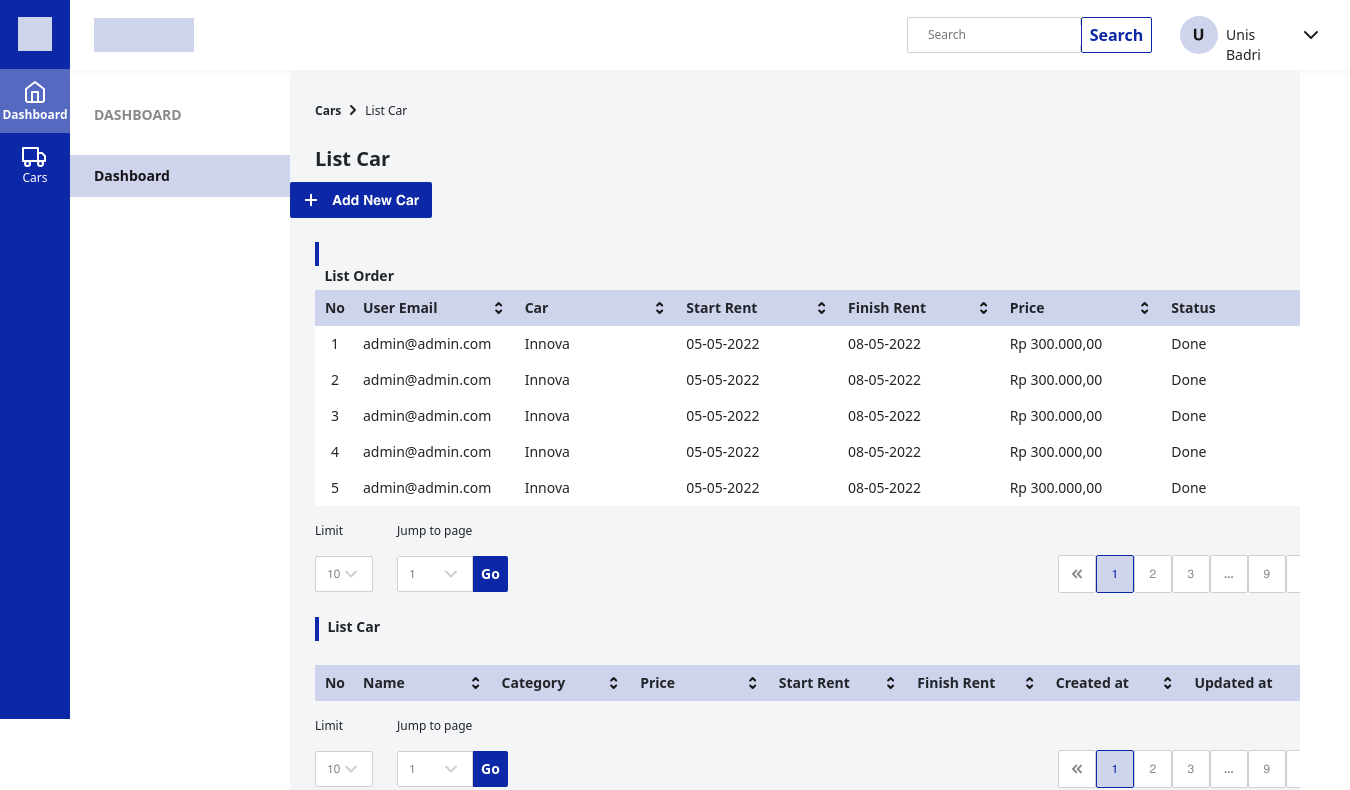
Repository: farrelmuhammad/challenge-7-binar
Page: /carlist
An editor plug-in stored every save of this project. The page is shown before and after the next save, followed by the edit.
The browser window is 1280 px wide. The page is 1350 px wide, so the pictures cover 1350 px, including what lies to the right of the window. The pictures show the whole page.
The project was rebuilt for these pictures with package versions that can differ from the ones it lists, and the page was loaded fresh each time. Also part of the build but not shown: src/component/navbar.js, src/component/header.js, src/component/footer.js, src/App.js, src/component/admin/Dashboard/index.jsx, src/pages/admin/Dashboard.js, src/component/searchForm.js, src/pages/cars.js.

Above is the page before, as saved 2022-05-27 19:28:35.

### src/index.css
body {
  font-family: Helvetica Neue, Helvetica, Arial, sans-serif;
  font-style: normal;
  font-weight: normal;
  font-size: 14px;
  line-height: 20px;
  margin: 0;
  padding: 0;
}

h1,
h2,
h3,
h4,
h5 {
  line-height: 150%;
}

.header{
  background-color: #F1F3FF;
}

.footer i {
  color: #0D28A6;
  font-size: x-large;
}

.bg-darkblue{
  background-color: #0D28A6;
}

.logo {
  background-color: #0D28A6;
  width: 100px;
  height: 34px;
}

code {
  font-family: source-code-pro, Menlo, Monaco, Consolas, 'Courier New',
    monospace;
}

.card-cari {
  width: 1047px;
  /* height: 106px; */
  margin-top: -50px;
  z-index: 2;
}
.button-cari {
  width: 92px !important;
  margin-top: 30px;
  height: 36px;
}
.activeCari {
  height: 100%;
  width: 0;
  position: fixed;
  z-index: 2;
  top: 0;
  left: 0;
  background-color: rgba(0, 0, 0, 0.5);
  overflow-x: hidden;
  transition: 0.5s;
  padding-top: 34px;
}

### src/component/admin/Navbar.jsx
import { Link } from 'react-router-dom';
import './Navbar.css';

const Navbar = () => {
  return (
    <header>
      {/* navbar top */}
      <div className="nav-top navbar">
        <div className="logo"></div>
        <span
          className="icon-menu iconify"
          data-icon="charm:menu-hamburger"
          data-width="24"
        ></span>
        <form className="nav-search d-flex">
          <div className="box-search">
            <span
              className="iconify"
              data-icon="akar-icons:search"
              data-width="18"
            ></span>
            <input type="search" placeholder="Search" />
          </div>
          <button className="button-search" type="submit">
            Search
          </button>
        </form>
        <div className="profile">
          <img src="img/profile.svg" alt="profile" />
          <p>Unis Badri</p>
          <img className="dropdown" src="img/dropdown.svg" alt="dropdown" />
        </div>
      </div>

      {/* navbar side */}
      <div className="nav-side">
        <div className="nav-blue">
          <div className="square"></div>
          <div className="frame-menu">
            <div className="dash-img" id="active">
              <a href="/dashboard">
                <img src="/img/dashboard.svg" alt="dashboard" />
              </a>
              <a href="/dashboard">Dashboard</a>
            </div>
            <div className="dash-img">
              <Link to="/carlist">
              <a>
                <img src="/img/cars.svg" alt="cars" />
                Cars
              </a>
              </Link>
            </div>
          </div>
        </div>
        <div className="nav-white">
          <div className="title-menu">
            <h1>DASHBOARD</h1>
          </div>
          <div className="list-menu">
            <h1>Dashboard</h1>
          </div>
        </div>
      </div>
    </header>
  );
};

export default Navbar;

### src/component/admin/Cars/index.jsx

import "./Content.css";

const CarsListContent= () => {
  const dataOrder = [
    {
      id: "1",
      email: "admin@admin.com",
      car: "Innova",
      start: "05-05-2022",
      finish: "08-05-2022",
      price: "Rp 300.000,00",
      status: "Done",
    },
    {
      id: "2",
      email: "admin@admin.com",
      car: "Innova",
      start: "05-05-2022",
      finish: "08-05-2022",
      price: "Rp 300.000,00",
      status: "Done",
    },
    {
      id: "3",
      email: "admin@admin.com",
      car: "Innova",
      start: "05-05-2022",
      finish: "08-05-2022",
      price: "Rp 300.000,00",
      status: "Done",
    },
    {
      id: "4",
      email: "admin@admin.com",
      car: "Innova",
      start: "05-05-2022",
      finish: "08-05-2022",
      price: "Rp 300.000,00",
      status: "Done",
    },
    {
      id: "5",
      email: "admin@admin.com",
      car: "Innova",
      start: "05-05-2022",
      finish: "08-05-2022",
      price: "Rp 300.000,00",
      status: "Done",
    },
  ];


  return (
    <>
      <div className="content">
        <div className="breadcrumb">
          <h1>Cars</h1>
          <img src="img/arrow-right.svg" alt="arrow-right" />
          <p>List Car</p>
        </div>
        <h1 className="title-h1">List Car</h1>
        <div className="col">
            <img src="img/btn-addcar.svg" alt="add new"/>
        </div>
        <div className="list-order">
          <img src="img/line-blue.svg" alt="" />
          <h1>List Order</h1>
        </div>

        {/* order table */}
        <div className="list-table">
          <table className="table table-borderless" id="dashTab">
            <thead>
              <tr>
                <th style={{ textAlign: "center" }}>No</th>
                <th>
                  User Email
                  <img className="sort" src="img/sort.svg" alt="sort" />
                </th>
                <th>
                  Car
                  <img className="sort" src="img/sort.svg" alt="sort" />
                </th>
                <th>
                  Start Rent
                  <img className="sort" src="img/sort.svg" alt="sort" />
                </th>
                <th>
                  Finish Rent
                  <img className="sort" src="img/sort.svg" alt="sort" />
                </th>
                <th>
                  Price
                  <img className="sort" src="img/sort.svg" alt="sort" />
                </th>
                <th>
                  Status
                  <img className="sort" src="img/sort.svg" alt="sort" />
                </th>
              </tr>
            </thead>
            <tbody>
              {dataOrder?.map((order, i) => (
                <>
                  <tr key={order.id}>
                    <td style={{ textAlign: "center" }}>
                      {i + 1}
                    </td>
                    <td>{order.email}</td>
                    <td>{order.car}</td>
                    <td>{order.start}</td>
                    <td>{order.finish}</td>
                    <td>{order.price}</td>
                    <td>{order.status}</td>
                  </tr>
                </>
              ))}
            </tbody>
          </table>
        </div>

        {/* table navigation */}
        <div className="table-nav">
          <div className="limit-nav">
            <p>Limit</p>
            <img src="img/form-drop.svg" alt="form-drop" />
          </div>
          <div className="jump-nav">
            <p>Jump to page</p>
            <img src="img/form-drop-2.svg" alt="form-drop-2" />
          </div>
          <div className="go-nav">
            <h1>Go</h1>
          </div>
          <div className="page-number">
            <img src="img/page-number.svg" alt="page-number" />
          </div>
        </div>

        <div className="list-car">
          <img src="img/line-blue.svg" alt="" />
          <h1>List Car</h1>
        </div>
        {/* car table */}
        <div className="list-table">
          <table className="table table-borderless">
            <thead>
              <tr>
                <th style={{ textAlign: "center" }}>No</th>
                <th>
                  Name
                  <img className="sort" src="img/sort.svg" alt="sort" />
                </th>
                <th>
                  Category
                  <img className="sort" src="img/sort.svg" alt="sort" />
                </th>
                <th>
                  Price
                  <img className="sort" src="img/sort.svg" alt="sort" />
                </th>
                <th>
                  Start Rent
                  <img className="sort" src="img/sort.svg" alt="sort" />
                </th>
                <th>
                  Finish Rent
                  <img className="sort" src="img/sort.svg" alt="sort" />
                </th>
                <th>
                  Created at
                  <img className="sort" src="img/sort.svg" alt="sort" />
                </th>
                <th>
                  Updated at
                  <img className="sort" src="img/sort.svg" alt="sort" />
                </th>
              </tr>
            </thead>
            <tbody>
              {/* {dataCarAdmin?.map((car, i) => (
                <>
                  <tr>
                    <td key={car.id} style={{ textAlign: "center" }}>
                      {i + 1}
                    </td>
                    <td>{car.name}</td>
                    <td>{car.category}</td>
                    <td>{car.price}</td>
                    <td>{car.start_rent_at}</td>
                    <td>{car.finish_rent_at}</td>
                    <td>{car.createdAt}</td>
                    <td>{car.updatedAt}</td>
                  </tr>
                </>
              ))} */}
            </tbody>
          </table>
        </div>

        {/* table navigation */}
        <div className="table-nav">
          <div className="limit-nav">
            <p>Limit</p>
            <img src="img/form-drop.svg" alt="form-drop" />
          </div>
          <div className="jump-nav">
            <p>Jump to page</p>
            <img src="img/form-drop-2.svg" alt="form-drop-2" />
          </div>
          <div className="go-nav">
            <h1>Go</h1>
          </div>
          <div className="page-number">
            <img src="img/page-number.svg" alt="page-number" />
          </div>
        </div>
      </div>
    </>
  );
};

export default CarsListContent

### src/component/admin/Navbar.css
h1 {
    font-size: 14px;
    line-height: 20px;
}

header .nav-top {
    position: absolute;
    width: 1280px;
    height: 70px;
    left: 70px;
    right: 0;
    top: 0px;
    box-shadow: 0px 2px 8px rgba(0, 0, 0, 0.05);
}

header .nav-top .logo {
    position: absolute;
    width: 100px;
    height: 34px;
    left: 24px;
    top: 18px;
    background: #CFD4ED;
}

header .nav-top .icon-menu {
    position: absolute;
    width: 24px;
    height: 24px;
    left: 244px;
    top: 23px;
}

header .nav-top .nav-search {
    display: flex;
    flex-direction: row;
    align-items: flex-start;
    padding: 0px;
    position: absolute;
    width: 245px;
    height: 36px;
    left: 837px;
    top: 17px;
}

header .nav-top .nav-search .box-search {
    display: flex;
    flex-direction: row;
    align-items: center;
    padding-left: 12px;
    width: 174px;
    height: 36px;
    border: 1px solid #D0D0D0;
    border-radius: 2px;
    font-size: 12px;
    line-height: 18px;
    color: #8A8A8A;
}

header .nav-top .nav-search .box-search > input {
    border: none;
    outline: none;
    padding-left: 8px;
}

header .nav-top .nav-search .button-search {
    display: flex;
    flex-direction: row;
    justify-content: center;
    align-items: center;
    padding: 8px 12px;
    width: 71px;
    height: 36px;
    background-color: white;
    border: 1px solid #0D28A6;
    border-radius: 2px;
    font-weight: 700;
    color:#0D28A6;
}

header .nav-top .profile {
    display: flex;
    flex-direction: row;
    align-items: center;
    position: absolute;
    width: 143px;
    height: 38px;
    left: 1110px;
    right: 24px;
    top: 16px;
}

header .nav-top .profile > p {
    position: absolute;
    width: 65px;
    height: 20px;
    left: 46px;
    top: 9px;
    font-weight: 400;
    font-size: 14px;
    line-height: 20px;
}

header .nav-top .profile .dropdown {
    position: absolute;
    width: 24px;
    height: 24px;
    left: 119px;
    top: 7px;
}

header .nav-side {
    position: absolute;
    width: 290px;
    height: 100%;
    left: 0px;
    top: -1px;
}

header .nav-side .nav-blue {
    position: absolute;
    left: 0%;
    right: 75.86%;
    top: 0%;
    bottom: 0%;
    background: #0D28A6;
}

header .nav-side .nav-blue .square {
    position: absolute;
    width: 34px;
    height: 34px;
    left: 18px;
    top: 18px;
    background: #CFD4ED;
}

header .nav-side .nav-blue .frame-menu {
    display: flex;
    flex-direction: column;
    align-items: flex-start;
    padding: 0px;
    position: absolute;
    width: 70px;
    height: 128px;
    left: 0px;
    top: 70px;
}

header .nav-side .nav-blue .frame-menu .dash-img {
    display: flex;
    flex-direction: column;
    justify-content: center;
    align-items: center;
    padding: 20px 23px;
    position: static;
    width: 70px;
    height: 64px;
    left: 0px;
    top: 0px;
}

#active {
    font-weight: 700;
    background: rgba(255, 255, 255, 0.3);
}

header .nav-side .nav-blue .frame-menu .dash-img a {
    font-size: 12px;
    line-height: 18px;
    margin-top: 2px;
    text-decoration: none;
    color: white;
}

header .nav-side .nav-blue img:last-child {
    margin-top: 0;
}

header .nav-side .nav-white {
    position: absolute;
    left: 24.14%;
    right: 0%;
    top: 7.76%;
    bottom: 0.22%;
}

header .nav-side .nav-white .title-menu {
    position: absolute;
    width: 220px;
    height: 42px;
    left: 24px;
    top: 50px;
}

header .title-menu h1 {
    font-weight: 700;
    color: #8A8A8A;
    left: 24px;
}

header .nav-side .nav-white .list-menu {
    position: static;
    margin-top: 100px;
    width: 220px;
    height: 42px;
    padding: 11px 24px;
    background: #CFD4ED;
}

header .list-menu h1 {
    font-weight: 700;
    color: #151515;
    left: 24px;
}

### src/component/admin/Cars/Content.css
.content {
    position: absolute;
    overflow: auto;
    left: 290px;
    top: 70px;
    /* width: 1280px; */
    height: 100%;
    background: #F4F5F7;
    font-size: 14px;
    line-height: 20px;
}

.content .breadcrumb {
    position: absolute;
    width: 300px;
    height: 18px;
    left: 25px;
    top: 32px;
}

.content .breadcrumb > h1 {
    font-size: 12px;
    line-height: 18px;
    font-weight: 700;
}

.content .breadcrumb > p {
    font-size: 12px;
    line-height: 18px;
    font-weight: 300;
}

.content .breadcrumb > img {
    width: 16px;
    height: 16px;
    margin-left: 4px;
    margin-right: 4px;
}

.content .title-h1 {
    font-size: 20px;
    line-height: 30px;
    font-weight: 700;
    margin-left: 25px;
    margin-top:74px;
}

.content .list-order {
    margin-top: 24px;
    position: absolute;
    width: 79px;
    height: 24px;
    margin-left: 25px;
}

.content .list-order > img {
    width: 4px;
    height: 24px;
}

.content .list-order > h1 {
    float: right;
    font-weight: 700;
    margin-left: 8px;
}

.content .list-table table {
    margin-left: 25px;
    margin-top: 72px;
    width: 100%;
    table-layout: fixed;
    background-color: white;
    border: 1px solid none;
    border-radius: 2px;
}

.content .list-table table thead {
    background-color: rgba(207, 212, 237, 1);
    font-weight: 700;
}

.content .list-table table thead th:first-child {
    width: 40px;
}

.content .list-table table thead th > img {
    float: right;
}

.content .table-nav {
    display: flex;
    flex-direction: row;
    width: 1010px;
    font-size: 12px;
    line-height: 18px;
    font-weight: 300;
}

.content .table-nav .limit-nav{
    margin-left: 25px;
}

.content .table-nav .limit-nav p {
    font-size: 12px;
    line-height: 18px;
}

.content .table-nav .jump-nav {
    margin-left: 24px;
}

.content .table-nav .jump-nav p {
    font-size: 12px;
    line-height: 18px;
}

.content .table-nav .go-nav {
    width: 43px;
    height: 36px;
    margin-top: 34px;
    background: #0D28A6;
    border-radius: 0px 2px 2px 0px;
}

.content .table-nav .go-nav > h1 {
    text-align: center;
    font-weight: bold;
    color: white;
    padding: 8px 8px;
}

.content .table-nav .page-number {
    margin-top: 33px;
    margin-left: 550px;
}

.content .list-car {
    margin-top: 24px;
    position: absolute;
    width: 65px;
    height: 24px;
    margin-left: 25px;
}

.content .list-car > img {
    width: 4px;
    height: 24px;
}

.content .list-car > h1 {
    float: right;
    font-weight: 700;
    margin-left: 8px;
}

.content .title-button-car {
    display: inline-flex;
}

.content .title-button-car > h1 {
    margin-right: 800px;
}

.content .title-button-car > a img {
    margin-top: 74px;
}

.content .button-category {
    margin-top: 24px;
    margin-left: 8px;
    display: inline-flex;
}

.content .button-category img {
    margin-left: 16px;
}

.content .cars-card {
    width: 320px;
    height: 482px;
    margin-left: 25px;
    margin-top: 24px;
    box-shadow: 0px 0px 4px rgba(0, 0, 0, 0.15);
    border-radius: 8px;
}

.content .cars-card .card-img-top {
    width: 270px;
    height: 160px;
    margin: auto;
    margin-top: 55px;
}

.content .cars-card .card-body {
    padding: 24px;
}

.content .cars-card .card-body .bold-h1 {
    font-weight: 700;
    font-size: 16px;
    line-height: 24px;
    margin-bottom: 0;
}

.content .cars-card .card-body-text {
    display: inline-flex;
    width: 303px;
    height: 20px;
    margin-top: 16px;
}

.content .cars-card .card-body-text img {
    margin-right: 8px;
    width: 20px;
    height: 20px;
}

.content .cars-card .button-card {
    display: inline-flex;
    margin-left: 8px;
    margin-top: 24px;
}

.content .cars-card .button-card img {
    width: 120px;
}

.content .cars-card .button-card img:last-child {
    margin-left: 16px;
}

.content .form-add-new-car {
    width: 1010px;
    height: 350px;
    background: white;
    margin-top: 32px;
    margin-left: 25px;
}

.content .form-add-new-car .content-form {
    padding-top: 16px;
    padding-left: 25px;
    font-weight: 300;
    font-size: 12px;
    line-height: 18px;
}

.content .form-add-new-car .content-form label {
    width: 147px;
}

.content .form-add-new-car .content-form input {
    width: 339px;
    height:auto;
    border: 1px solid #D0D0D0;
    border-radius: 2px;
    color: #8A8A8A;
    font-weight: 300;
    font-size: 12px;
    line-height: 18px;
}

.content .form-add-new-car .content-form .content-box {
    margin-left: 4px;
}

.content .form-add-new-car .content-h1 h1 {
    display: inline-flex;
    margin-left: 25px;
    margin-top: 16px;
    font-weight: 300;
    font-size: 12px;
    line-height: 18px;
}

.content .form-add-new-car .content-h1 h1:first-child {
    width: 147px;
}

.content .form-add-new-car .content-h1 h1:last-child {
    margin-left: 8px;
}

.content .button-form {
    display: inline-flex;
    margin-left: 9px;
}

.content .button-form img {
    margin-left: 16px;
    margin-top: 282px;
    margin-bottom: 40px;
}

Loaded but not shown: public/index.html (common file); src/app/store.js (common file); src/reportWebVitals.js (common file); src/features/counter/counterAPI.js (common file); src/features/counter/counterSlice.js (73 lines, source omitted); src/index.js (26 lines, source omitted); src/Routes.js (23 lines, source omitted); src/pages/admin/CarsList.js (14 lines, source omitted); src/component/admin/Dashboard/Content.css (293 lines, source omitted)

After the next save:
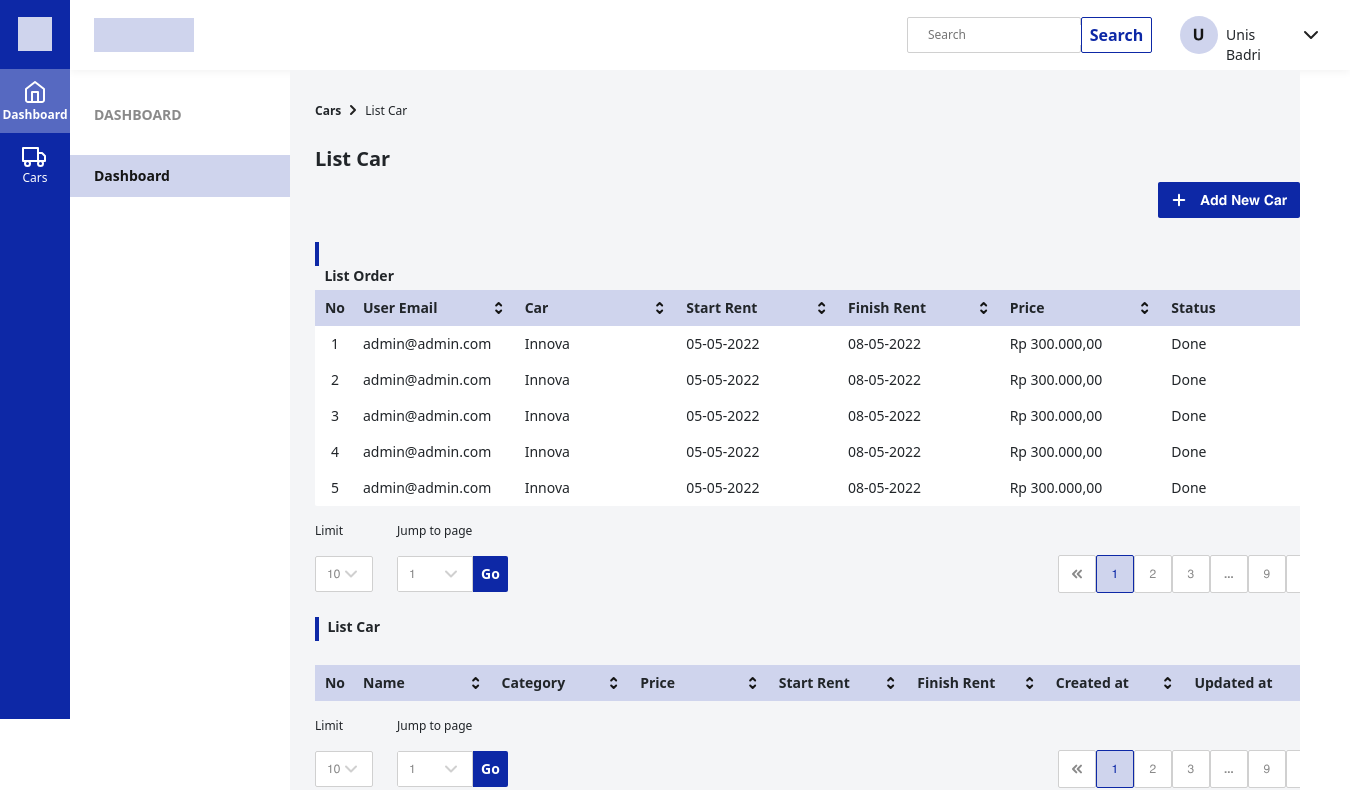
Saved 10 s later.
--- a/src/component/admin/Cars/index.jsx
+++ b/src/component/admin/Cars/index.jsx
@@ -60,7 +60,7 @@
           <p>List Car</p>
         </div>
         <h1 className="title-h1">List Car</h1>
-        <div className="col">
+        <div className="col text-end">
             <img src="img/btn-addcar.svg" alt="add new"/>
         </div>
         <div className="list-order">

After the save that followed:
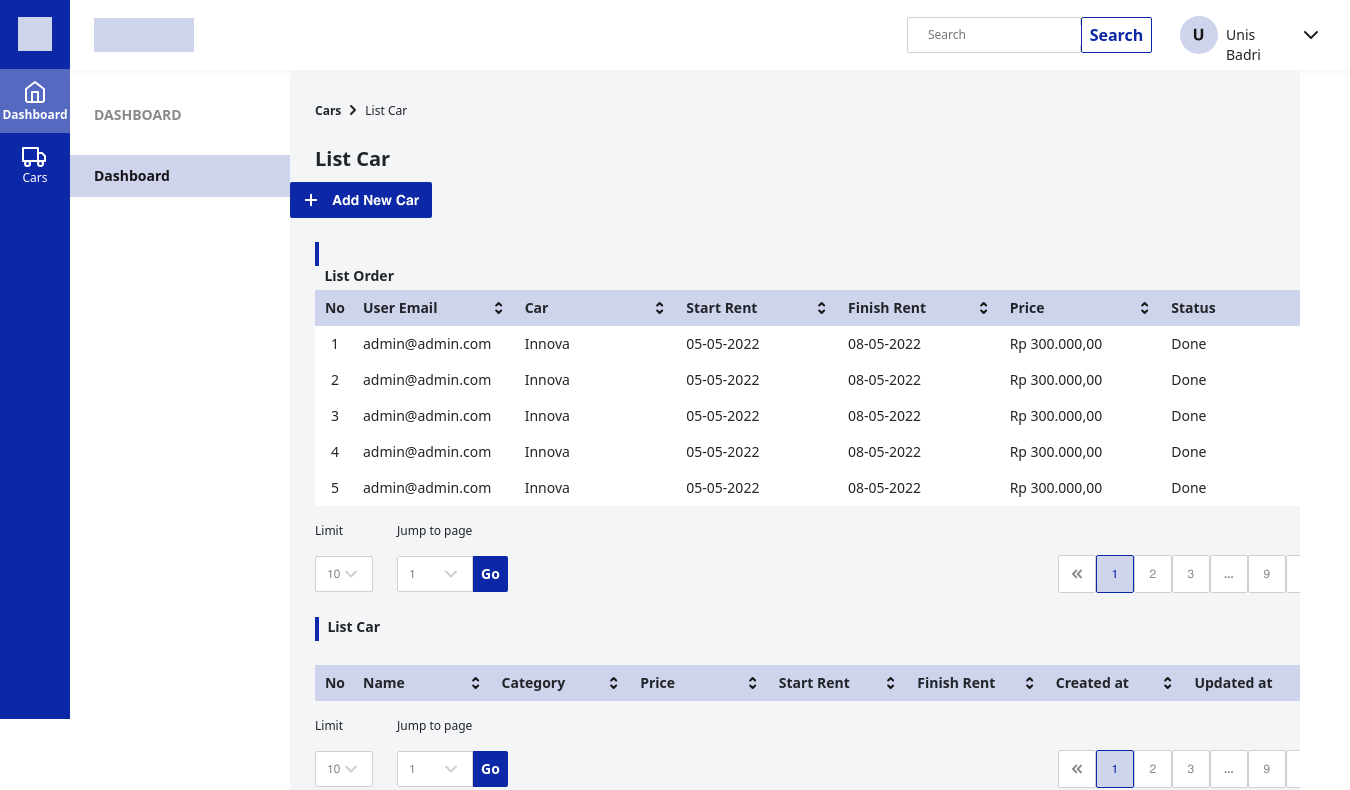
Saved 18 s later.
--- a/src/component/admin/Cars/index.jsx
+++ b/src/component/admin/Cars/index.jsx
@@ -60,7 +60,7 @@
           <p>List Car</p>
         </div>
         <h1 className="title-h1">List Car</h1>
-        <div className="col text-end">
+        <div className="col d-flex text-end">
             <img src="img/btn-addcar.svg" alt="add new"/>
         </div>
         <div className="list-order">
